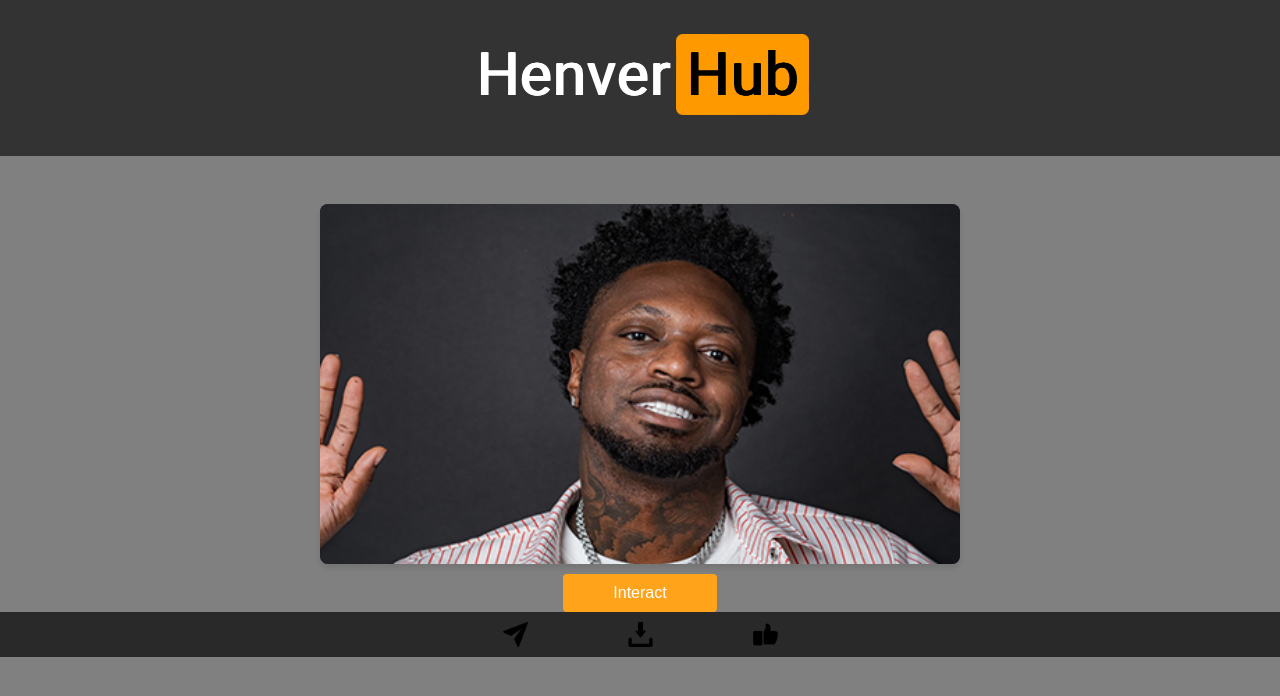
Repository: anderscederberg11/unhandledRuntimeError.json
Page: Henver/henver.html
The author's editor kept a copy of each file at every save. The page is drawn from the files as they stood at one save, then again after the next save.
The browser window is 1280 px wide. The pictures show the whole page.

Above is the page before, as saved 2024-05-06 18:57:19.

### Henver/henver.html
<!DOCTYPE html>
<html lang="en">
<head>
    <meta charset="UTF-8">
    <meta name="viewport" content="width=device-width, initial-scale=1.0">
    <title>HenverHub</title>
    <link rel="stylesheet" href="henver.css">
</head>
<body>
    <!-- Fake navigation bar / header -->
    <nav>
        <h1><img src="/Henver/imgs/Henver-Hub.png" alt="HenverHub Logo"></h1>
    </nav>

    <div id="video-container">
        <div id="video-player" onclick="playVideo()">
            <img id="video-thumbnail" src="/Henver/imgs/funnyMArcoo.jpeg" alt="AYO Marcooo">
        </div>
        <button id="redirect-button" onclick="redirectToAnotherPage()">Interact</button>
        <!-- List of icons -->
        <div id="icon-list">
            <img class="icon" src="/Henver/imgs/send.webp" alt="Send">
            <img class="icon" src="/Henver/imgs/download.png" alt="Download">
            <img class="icon" src="/Henver/imgs/like.png" alt="Like">
        </div>
    </div>

    <script>
        function playVideo() {
            var videoUrl = "/Henver/imgs/dog.mp4";
            var videoElement = document.createElement("video");
            videoElement.src = videoUrl;
            videoElement.controls = true;
            videoElement.autoplay = true;
            document.getElementById("video-player").innerHTML = "";
            document.getElementById("video-player").appendChild(videoElement);
        }

        function redirectToAnotherPage() {
            window.location.href = "/Henver/henver2.html";
        }
    </script>
</body>
</html>

### Henver/henver.css
body {
    font-family: Arial, sans-serif;
    background-color: #808080;
    margin: 0;
    padding: 0;
}


nav {
    background-color: #333;
    color: white;
    padding: 10px 20px;
    text-align: center;
}

nav h1 {
    margin: 0;
}


#video-container {
    text-align: center;
    margin-top: 3rem;
}

#video-player {
    width: 640px;
    height: 360px;
    background-color: #333;
    cursor: pointer;
    border-radius: 8px;
    overflow: hidden;
    box-shadow: 0 4px 6px rgba(0, 0, 0, 0.1);
    transition: transform 0.2s;
    margin-bottom: 20px;
    margin: 0 auto;
}

#video-thumbnail{
    width:100%;
    height:100%;
}

#video-player:hover {
    transform: scale(1.05);
}

#video-player video {
    width: 100%;
    height: 100%;
}

#video-player p {
    color: #ffa31a;
    font-size: 24px;
    text-align: center;
    line-height: 360px;
    margin: 0;
}

#redirect-button {
    margin-top:10px;
    padding: 10px 50px;
    background-color: #ffa31a;
    color: white;
    border: none;
    border-radius: 4px;
    cursor: pointer;
    font-size: 16px;
}

#icon-list {
    display: flex;
    justify-content: center;
    background-color: #292929;
}

.icon {
    width: 25px;
    height: 25px;
    margin: 10px 50px;
}

After the next save:
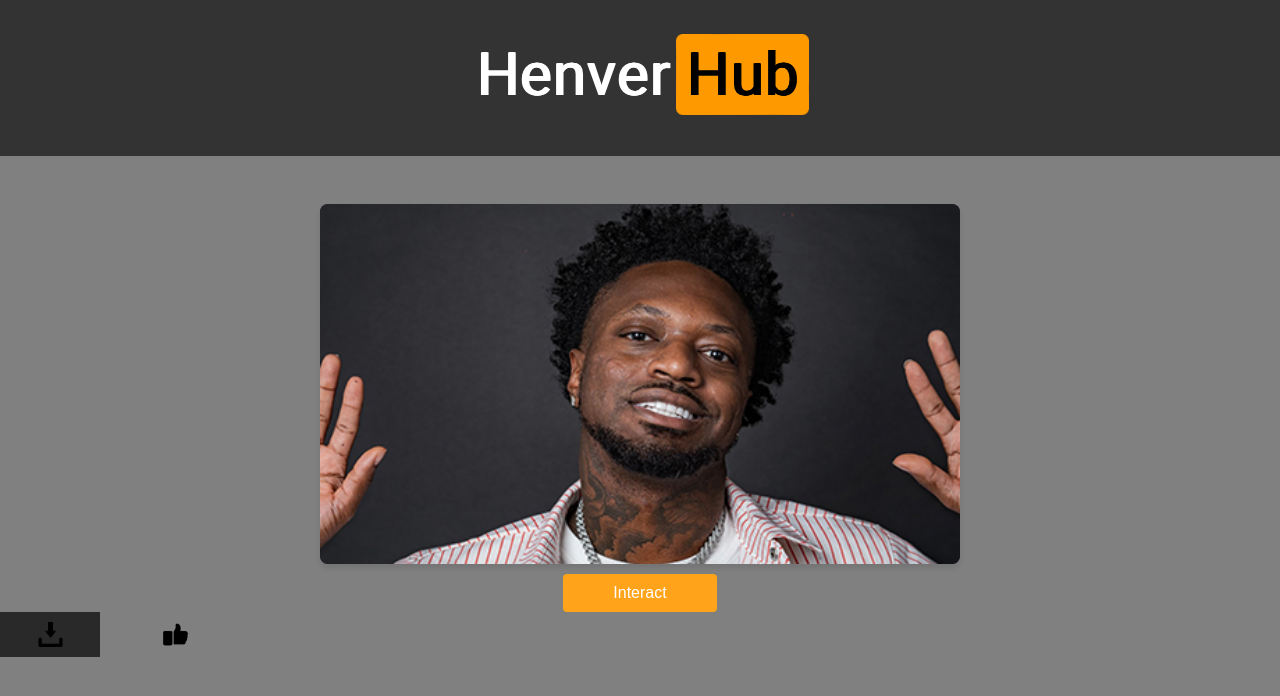
Saved 11 s later.
--- a/Henver/henver.css
+++ b/Henver/henver.css
@@ -73,6 +73,7 @@
     display: flex;
     justify-content: center;
     background-color: #292929;
+    width:100px
 }
 
 .icon {

After the save that followed:
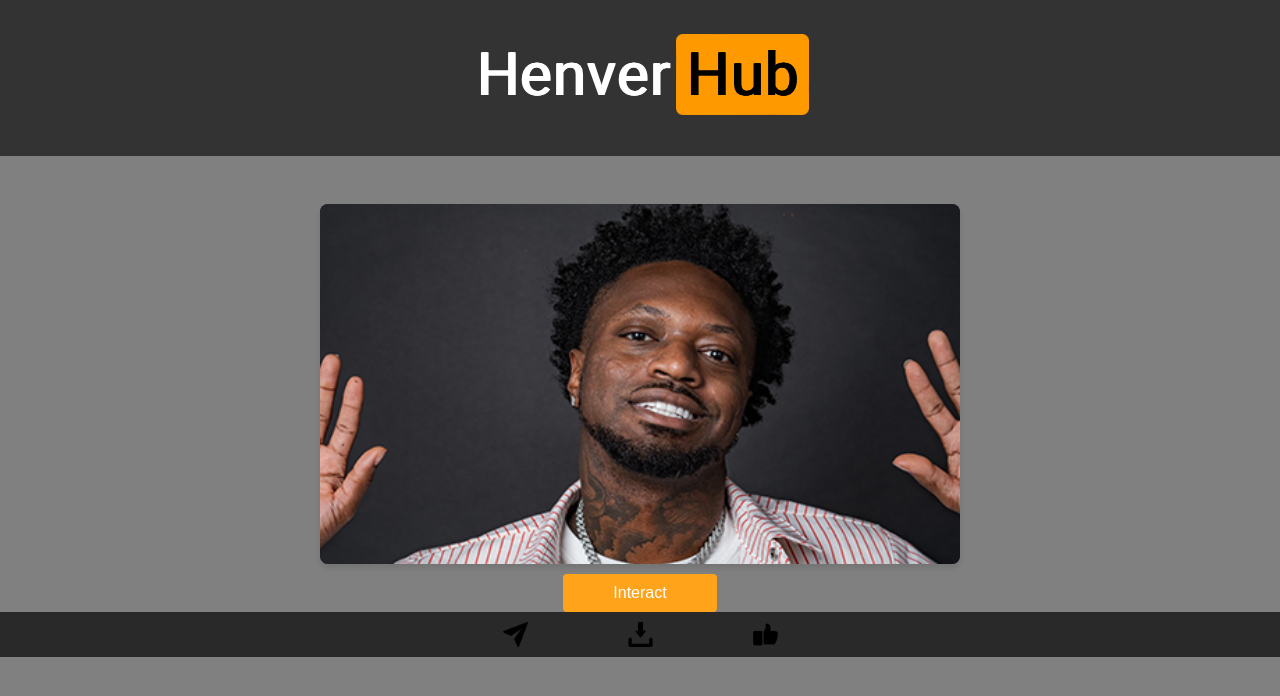
Saved 6 s later.
--- a/Henver/henver.css
+++ b/Henver/henver.css
@@ -73,7 +73,6 @@
     display: flex;
     justify-content: center;
     background-color: #292929;
-    width:100px
 }
 
 .icon {
